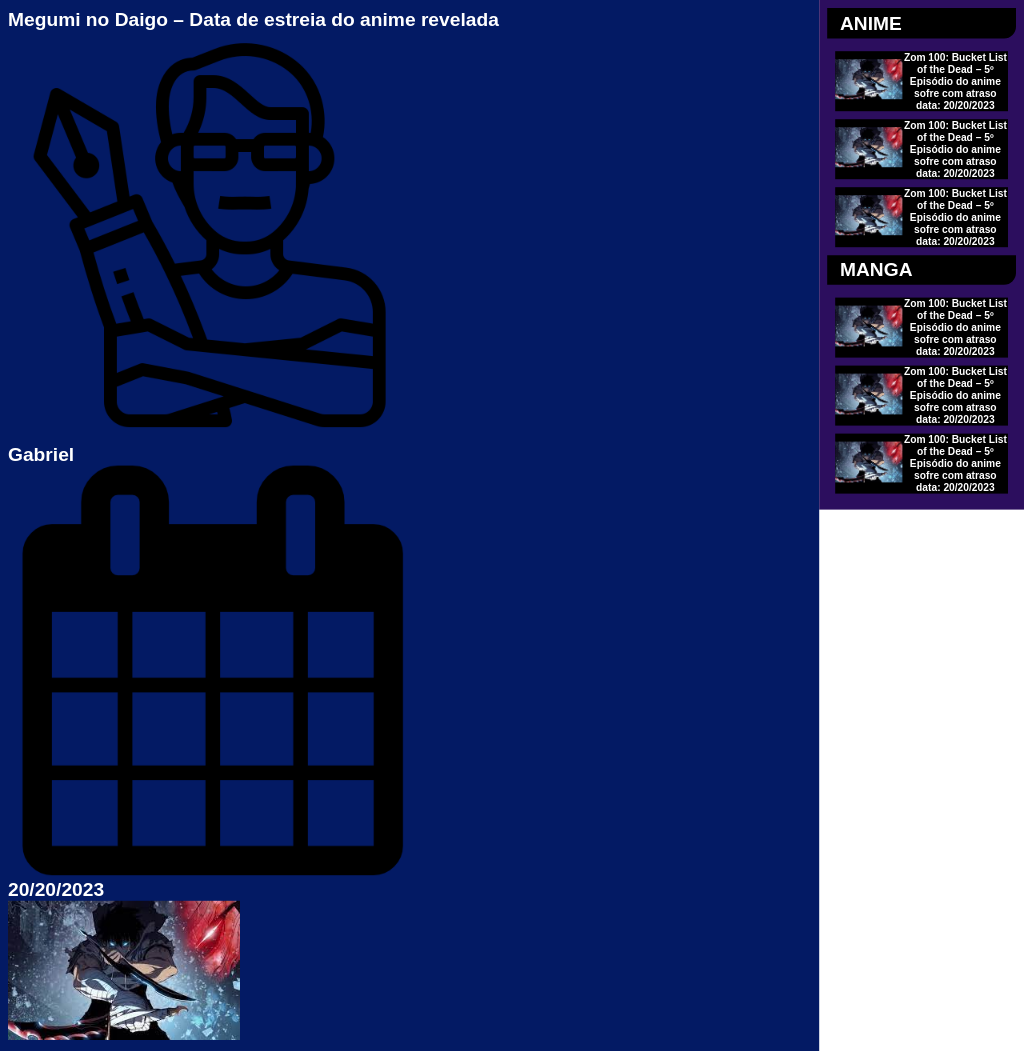
Repository: GabriellShi/blog-anime
Page: a-noticia.html
The author's editor kept a copy of each file at every save. The page is drawn from the files as they stood at one save, then again after the next save.
The browser window is 1280 px wide. The pictures show the whole page, at 80% of full size.

Above is the page before, as saved 2023-08-03 23:00:45.

After the next save:
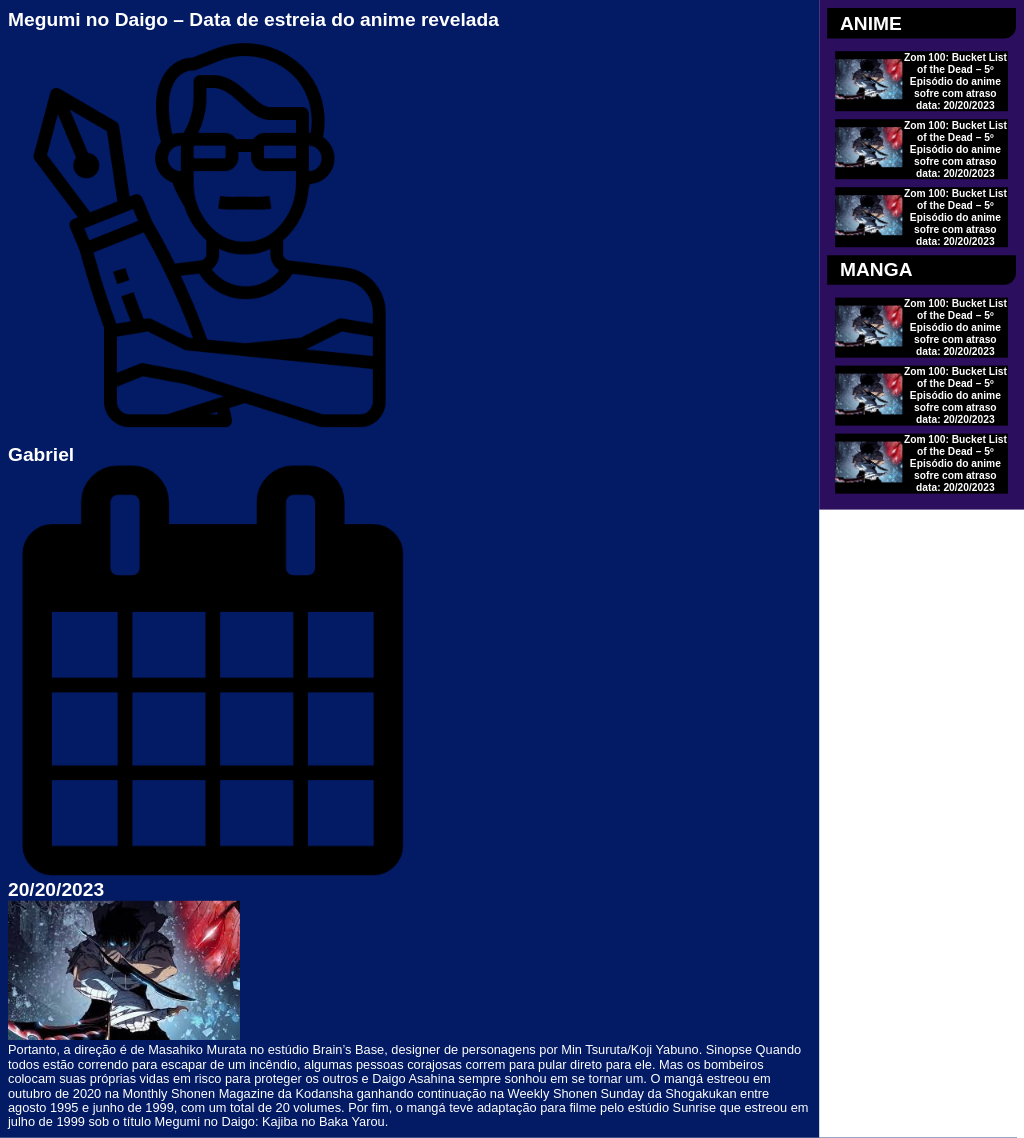
Saved 5 s later.
--- a/a-noticia.html
+++ b/a-noticia.html
@@ -23,7 +23,18 @@
 
         <div> <img src="/img/solo.jpeg" alt=""> </div>
 
-        <div></div>
+        <div>
+            <p>
+                Portanto, a direção é de Masahiko Murata no estúdio Brain’s Base, designer de personagens por Min Tsuruta/Koji Yabuno.
+
+Sinopse
+Quando todos estão correndo para escapar de um incêndio, algumas pessoas corajosas correm para pular direto para ele. Mas os bombeiros colocam suas próprias vidas em risco para proteger os outros e Daigo Asahina sempre sonhou em se tornar um.
+
+O mangá estreou em outubro de 2020 na Monthly Shonen Magazine da Kodansha ganhando continuação na Weekly Shonen Sunday da Shogakukan entre agosto 1995 e junho de 1999, com um total de 20 volumes.
+
+Por fim, o mangá teve adaptação para filme pelo estúdio Sunrise que estreou em julho de 1999 sob o título Megumi no Daigo: Kajiba no Baka Yarou.
+            </p>
+        </div>
     </section>
     <section class="lado-direito-pai">
         <h1 class="titulo-destaque-index">ANIME</h1>
